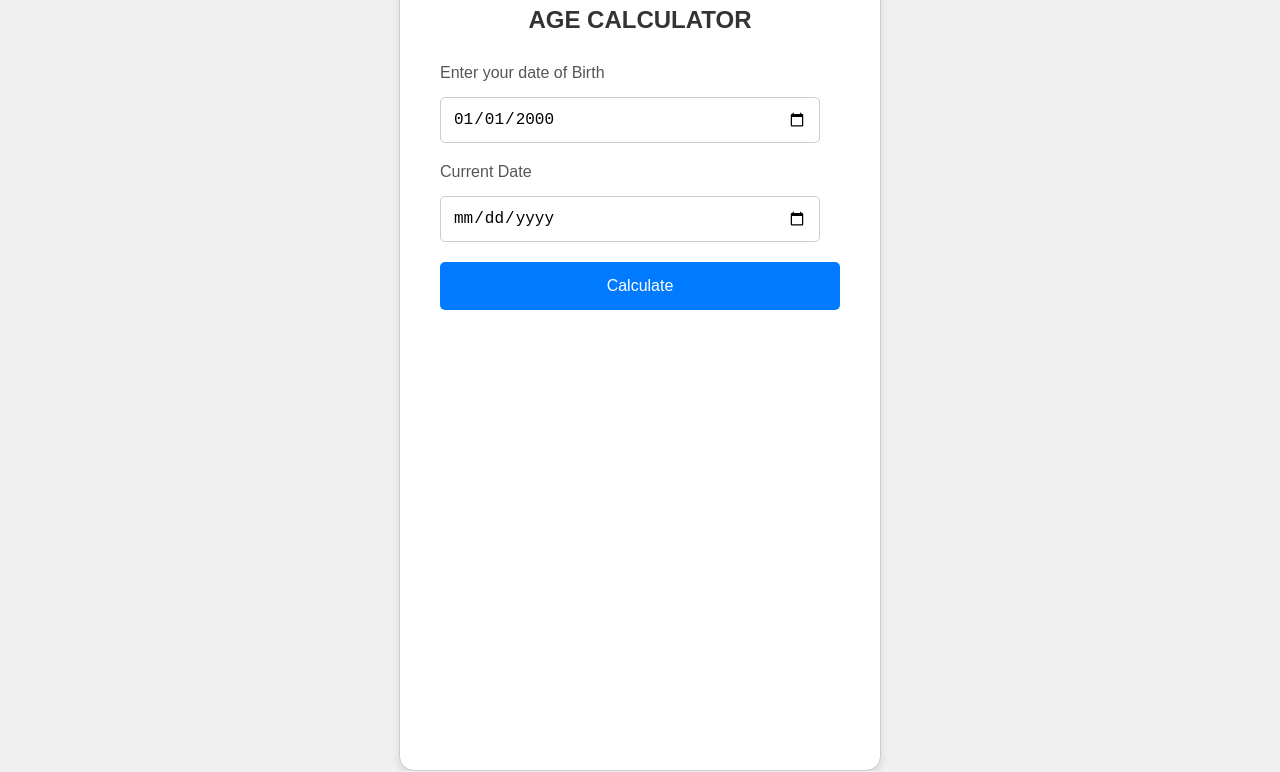
Repository: Femi007-gh/Calculator
Page: index.html
An editor plug-in stored every save of this project. The page is shown before and after the next save, followed by the edit.
The browser window is 1280 px wide. The pictures show the whole page.

Above is the page before, as saved 2025-03-27 20:32:48.

### index.html
<html>
  <head>
    <title>CALCULATOR MINI PROJECT</title>
    <script src="script.js"></script>
    <link rel="stylesheet" href="style.css">
  </head>
  <body>
    <div class="container">
      <div>
        <h1>AGE CALCULATOR</h1>
      </div>
      <div>
        <label>Enter your date of Birth</label>
        <input id="inputDOB" type="date" value="2000-01-01">
      </div>
      <div>
        <label>Current Date</label>
        <input id="cdate" type="date" value="">
      </div>
      <button type="button" onclick="getDOB()">Calculate</button>
      <div id="currentAge"></div>
    </div>
  </body>
</html>

### script.js
function getDOB() {
  const dobInput = document.getElementById('inputDOB').value;
  const currentDateInput = document.getElementById('cdate').value;

  if (!dobInput || !currentDateInput) {
    alert('Please enter both Date of Birth and Current Date.');
    return;
  }

  const dob = new Date(dobInput);
  const currentDate = new Date(currentDateInput);

  // Ensure the date is correctly parsed
  if (dob.getTime() && currentDate.getTime()) {
    let age = currentDate.getFullYear() - dob.getFullYear();
    const monthDifference = currentDate.getMonth() - dob.getMonth();

    if (monthDifference < 0 || (monthDifference === 0 && currentDate.getDate() < dob.getDate())) {
      age--;
    }

    document.getElementById('currentAge').textContent = `Your age is ${age} years.`;
  } else {
    alert('Please enter valid dates.');
  }
}

### style.css
body {
  font-family: Arial, sans-serif;
  display: flex;
  justify-content: center;
  align-items: center;
  height: 100vh;
  margin: 0;
  background-color: #f0f0f0;
}

.container {
  background-color: white;
  border: 1px solid #ccc;
  padding: 40px;
  border-radius: 15px;
  box-shadow: 0 4px 8px rgba(0, 0, 0, 0.1);
  width: 400px;
}

h1 {
  text-align: center;
  margin-bottom: 30px;
  font-size: 24px;
  color: #333;
}

label {
  display: block;
  margin-bottom: 15px;
  font-size: 16px;
  color: #555;
}

input[type="date"] {
  width: calc(100% - 20px);
  padding: 12px;
  margin-bottom: 20px;
  border-radius: 5px;
  border: 1px solid #ccc;
  font-size: 16px;
}

button {
  width: 100%;
  background-color: #007bff;
  color: white;
  padding: 15px;
  border: none;
  border-radius: 5px;
  font-size: 16px;
  cursor: pointer;
  transition: background-color 0.3s ease;
  margin-bottom: 20px;
}

button:hover {
  background-color: #0056b3;
}

#currentAge {
  text-align: center;
  font-size: 24px;
  font-weight: bold;
  color: #333;
  margin-top: 360px;
 height: 40px;
 width: 40px;
}

After the next save:
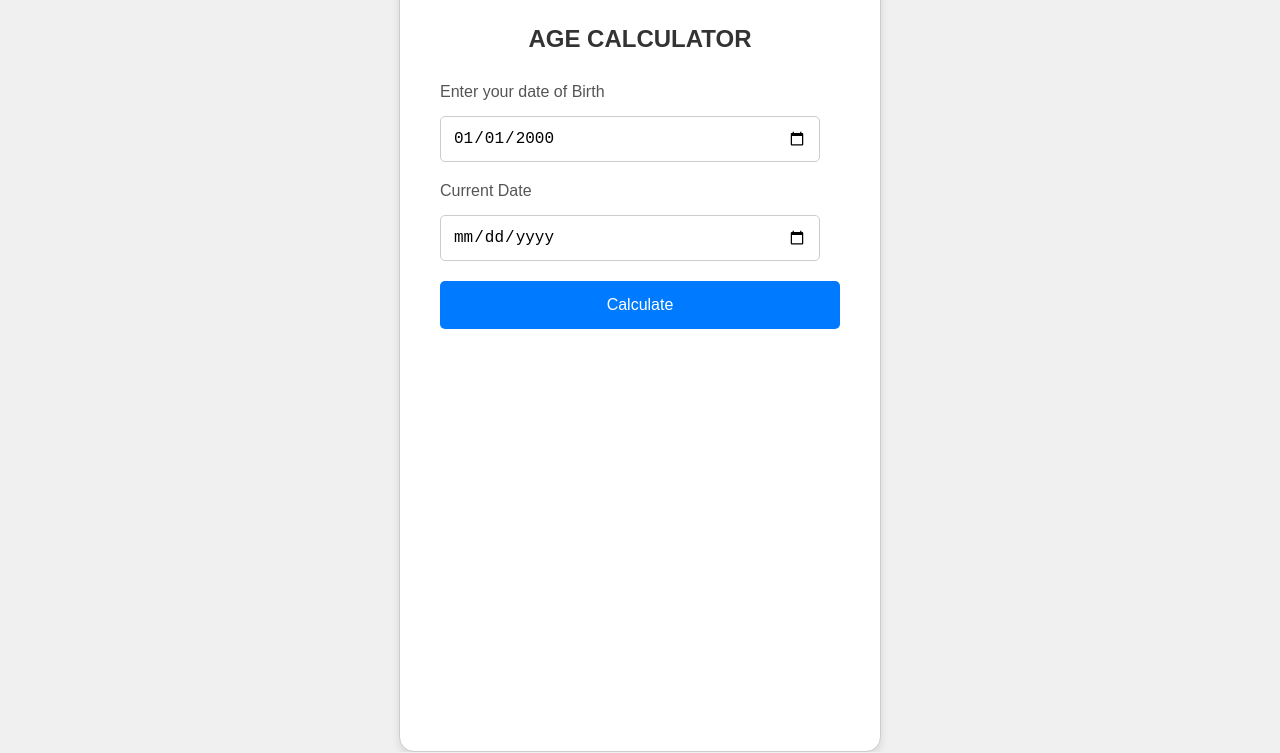
Saved 14 s later.
--- a/style.css
+++ b/style.css
@@ -63,6 +63,6 @@ button:hover {
   font-weight: bold;
   color: #333;
   margin-top: 360px;
- height: 40px;
+ height: 2px;
  width: 40px;
 }
